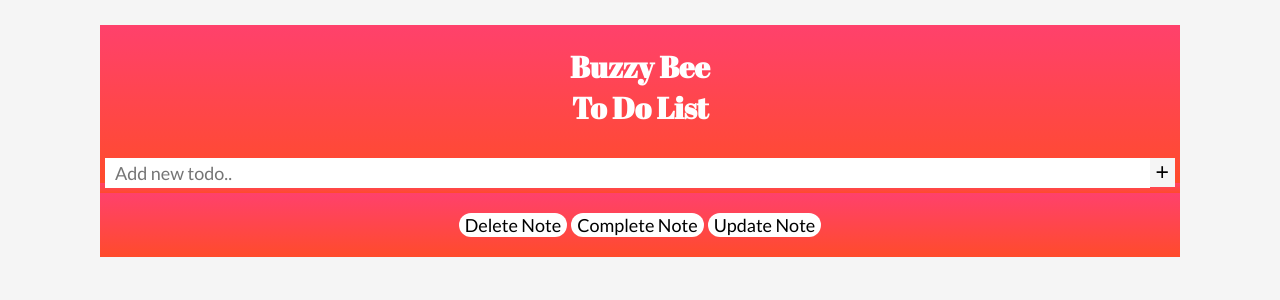
Repository: seleniadelgado/backend-spring2020-angie
Page: projects/todo/public_html/index.html
An editor plug-in stored every save of this project. The page is shown before and after the next save, followed by the edit.
The browser window is 1280 px wide. The pictures show the whole page.
The page's requests for data from a server got no answer.

Above is the page before, as saved 2020-05-18 19:58:22.

After the next save:
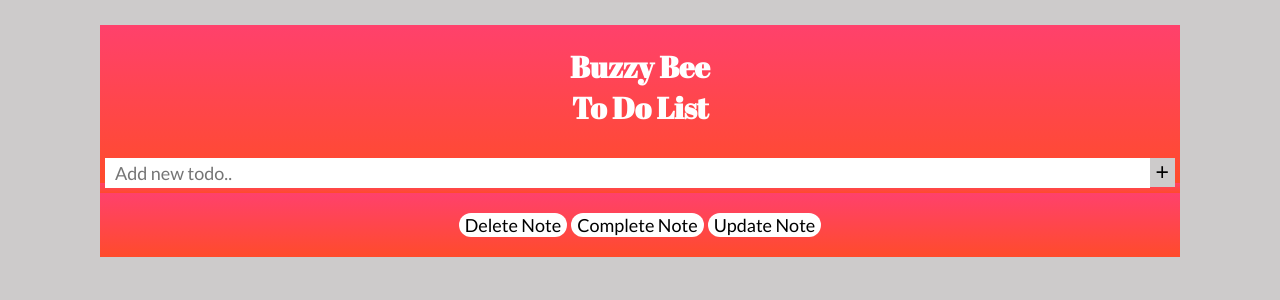
Saved 22 s later.
--- a/projects/todo/public_html/styles.css
+++ b/projects/todo/public_html/styles.css
@@ -1,6 +1,6 @@
 :root {
     --main-color: linear-gradient(#FF416C, #FF4B2B);
-    --background-color: whitesmoke;
+    --background-color: rgb(205, 203, 203);
     --title-font: 'Abril Fatface', cursive, sans-serif;
     --list-font: 'Lato', sans-serif;
     --font-size-title: 20px;

After the save that followed:
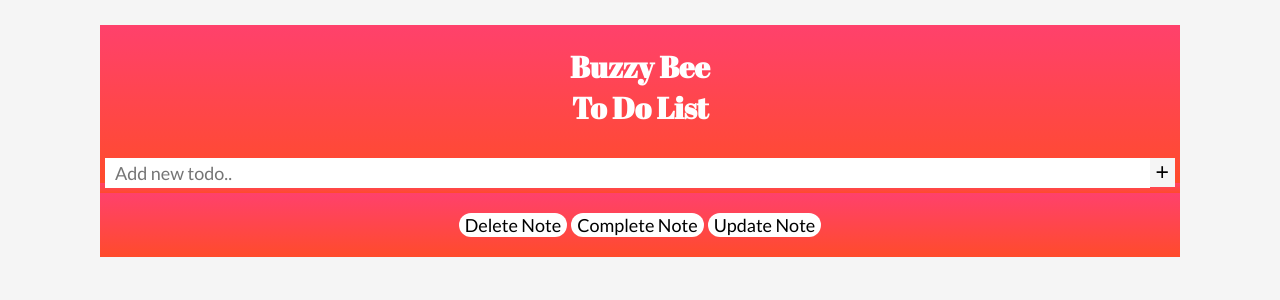
Saved 32 s later.
--- a/projects/todo/public_html/styles.css
+++ b/projects/todo/public_html/styles.css
@@ -1,6 +1,6 @@
 :root {
     --main-color: linear-gradient(#FF416C, #FF4B2B);
-    --background-color: rgb(205, 203, 203);
+    --background-color: whitesmoke;
     --title-font: 'Abril Fatface', cursive, sans-serif;
     --list-font: 'Lato', sans-serif;
     --font-size-title: 20px;
